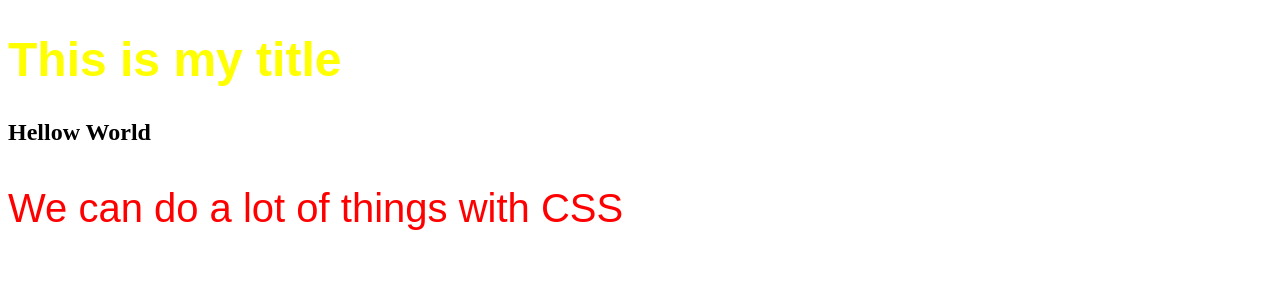
Repository: yjaneyy/ps-class-demo
Page: index.html
The author's editor kept a record of every edit. The page is drawn from the files as they stood at one moment, then again after the next edit.
The browser window is 1280 px wide. The pictures show the whole page.

Above is the page before.

### index.html
<!DOCTYPE html>
<html>
    <head>
        <title>Example Page</title>
        <style>
            #paragraph{
                font-size:40px;
                color: red;
            }
            .font-selector{
                font-family:Arial;
            }
        </style>
    </head>
    <body>
        <!--inline comment-->
        <h1 class="font-selector" style="color:yellow; font-size:48px">This is my title</h1>
        <h2>Hellow World</h2>
        <p class="font-selector" id="paragraph">
            We can do a lot of things with CSS
        </p>
    </body>
</html>

After the next edit:
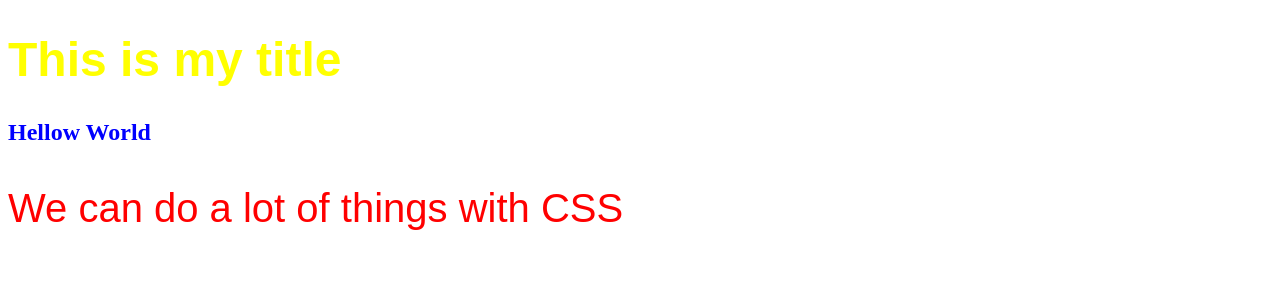
The edit:
--- a/index.html
+++ b/index.html
@@ -10,6 +10,9 @@
             .font-selector{
                 font-family:Arial;
             }
+            h2{
+                color:blue;
+            }
         </style>
     </head>
     <body>
